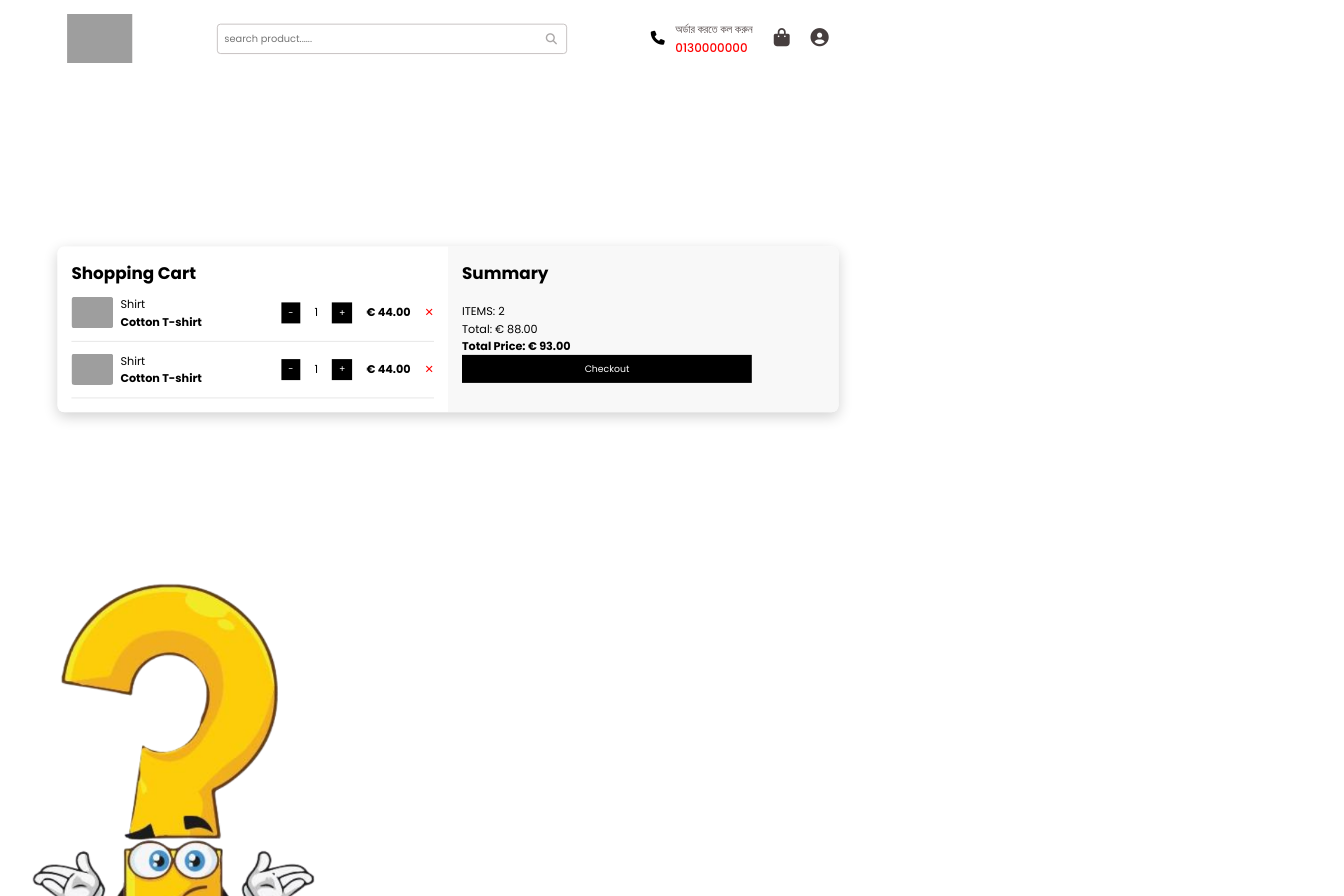
Repository: saifscripts/accessories-mart
Page: /cart
The author's editor kept a copy of each file at every save. The page is drawn from the files as they stood at one save, then again after the next save.
The browser window is 1280 px wide. The page is 3000 px wide, so the pictures cover 1920 px, including what lies to the right of the window. The pictures show the part of the page from y = 0 to 1280 px (the page is 7972 px tall), at 70% of full size.
Pictures or frames that could not be fetched are drawn as grey boxes. The page's requests for data from a server got no answer. The project was rebuilt for these pictures with package versions that can differ from the ones it lists, and the page was loaded fresh each time. No one was signed in, and anything a server would have sent is missing. Also part of the build but not shown: vite.config.js, src/App.jsx, src/components/Hero.jsx, src/components/Products.jsx, src/components/Loader.jsx, src/components/ProductSection.jsx, src/components/ProductsByClass.jsx, src/pages/Home.jsx and 2 more. Imported but missing from the stored project, and not drawn on this page: src/context/CartContext.

Above is the page before, as saved 2025-03-17 01:55:27.

After the next save:
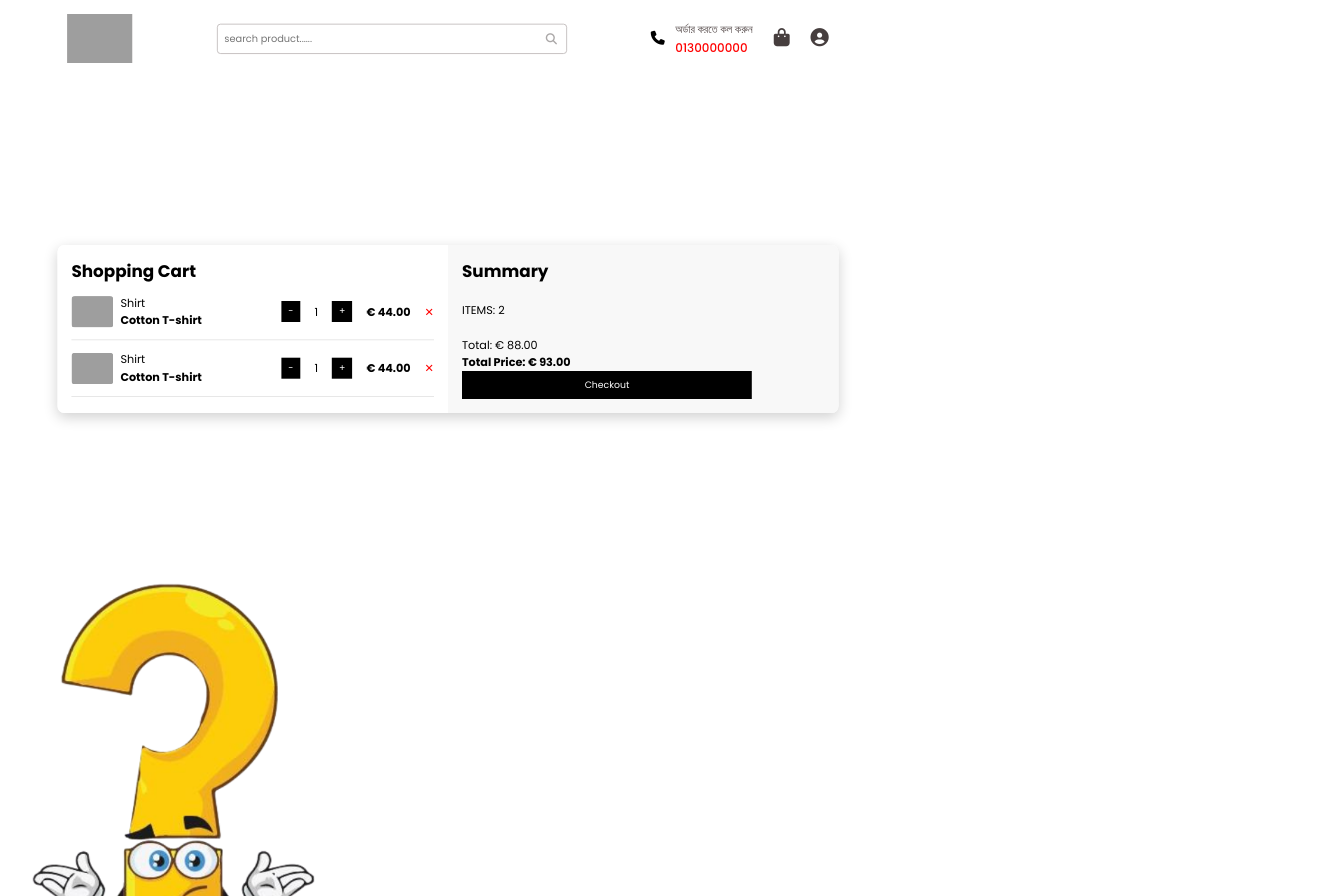
Saved 4 s later.
--- a/src/pages/Cart.jsx
+++ b/src/pages/Cart.jsx
@@ -38,7 +38,7 @@ const Cart = () => {
 
                 <div class="column">
                     <h2>Summary</h2><br />
-                    <p>ITEMS: 2</p>
+                    <p>ITEMS: 2</p> <br />
                     <p>Total: &euro; 88.00</p>
                     {/* <label for="shipping">Shipping:</label>
                     <select id="shipping">
